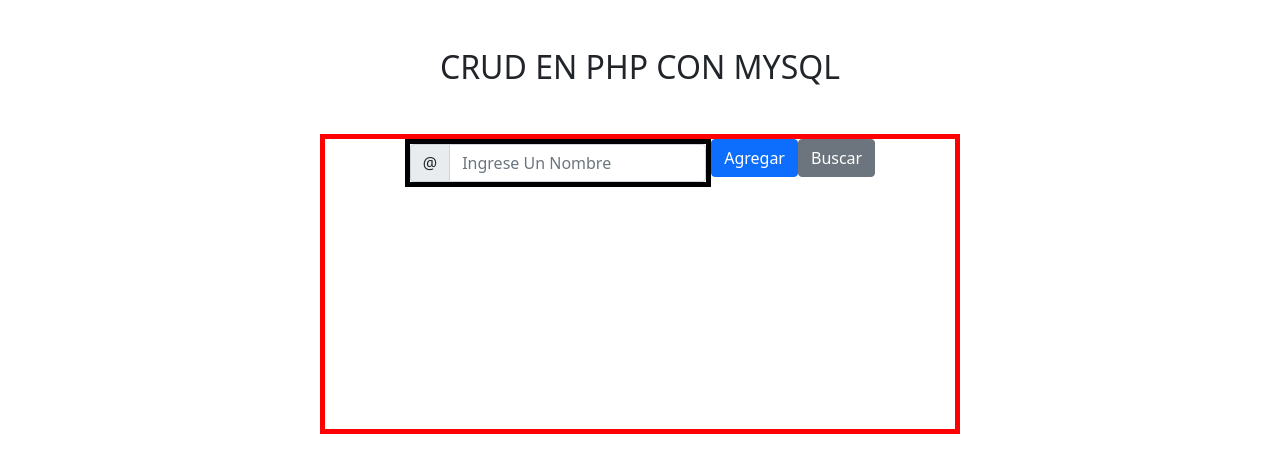
Repository: nder1996/CRUD_SENCILLO
Page: http://localhost/
These files come from the project's save history. The page is drawn as it stood at one moment and after the next save; the edit follows.
The browser window is 1280 px wide. The pictures show the whole page.
The page is run by PHP 8.4 with error messages shown; the project is at /var/www/html/.

Above is the page before, as saved 2021-10-04 20:03:42.

After the next save:
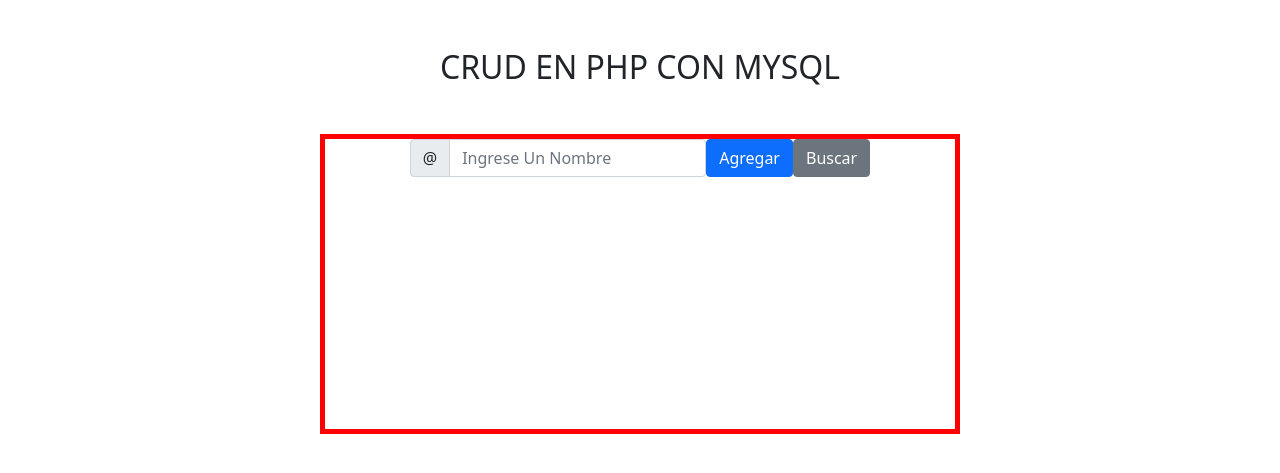
Saved 10 s later.
--- a/CRUD - SILENCIADO/css/estilos.css
+++ b/CRUD - SILENCIADO/css/estilos.css
@@ -5,6 +5,6 @@
     margin: auto;
 }
 
-.input-group{
-    border:5px solid black;
+.input_button{
+
 }
